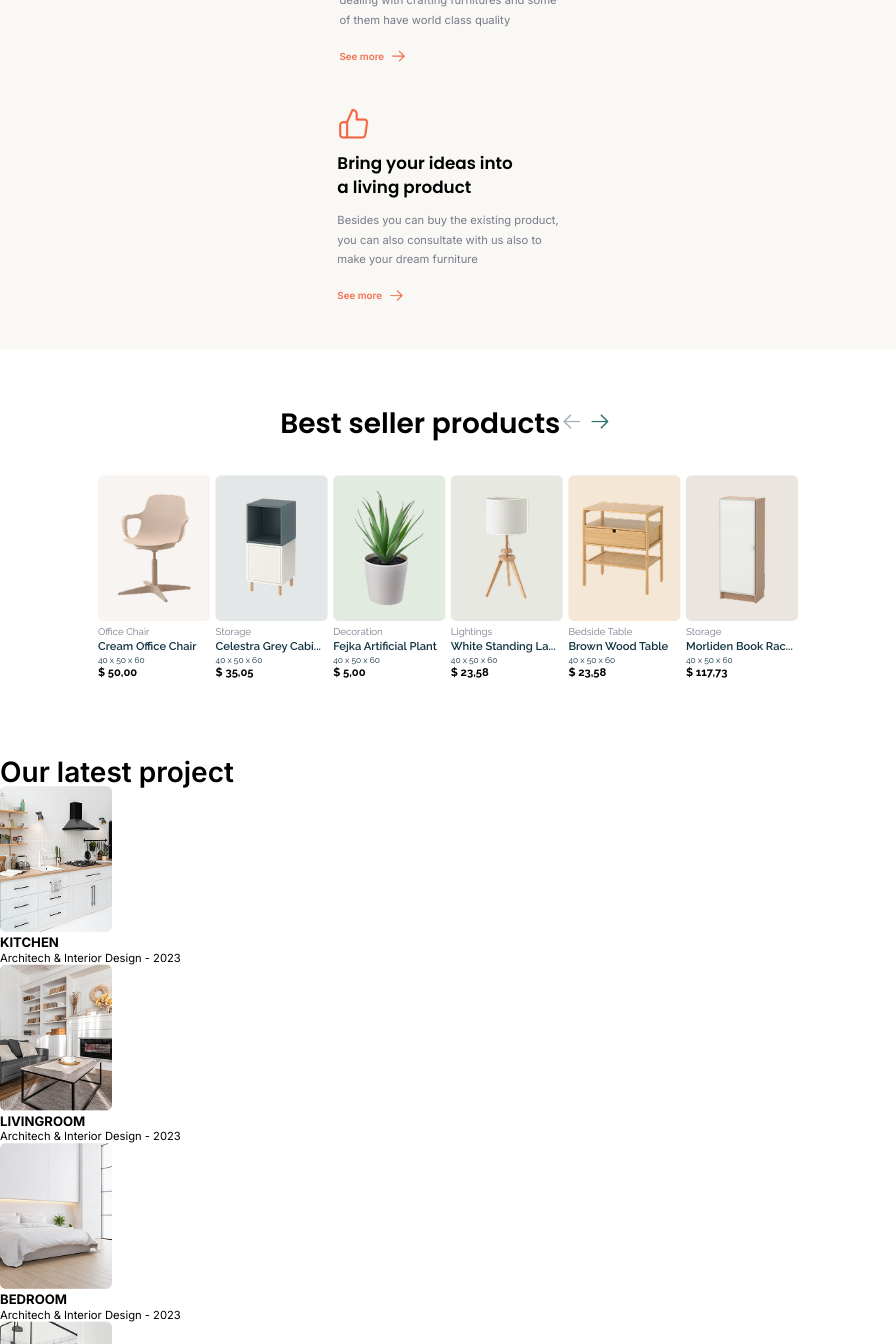
Repository: MatheusEich15/FrontEnd
Page: Prova 1 FrontEnd/Prova 1 FrontEnd/index.html
The author's editor kept a copy of each file at every save. The page is drawn from the files as they stood at one save, then again after a run of saves.
The browser window is 1280 px wide. The pictures show the part of the page from y = 1293 to 3213 px (the page is 4798 px tall), at 70% of full size.

Above is the page before, as saved 2026-03-12 14:21:43.

After the next 2 saves:
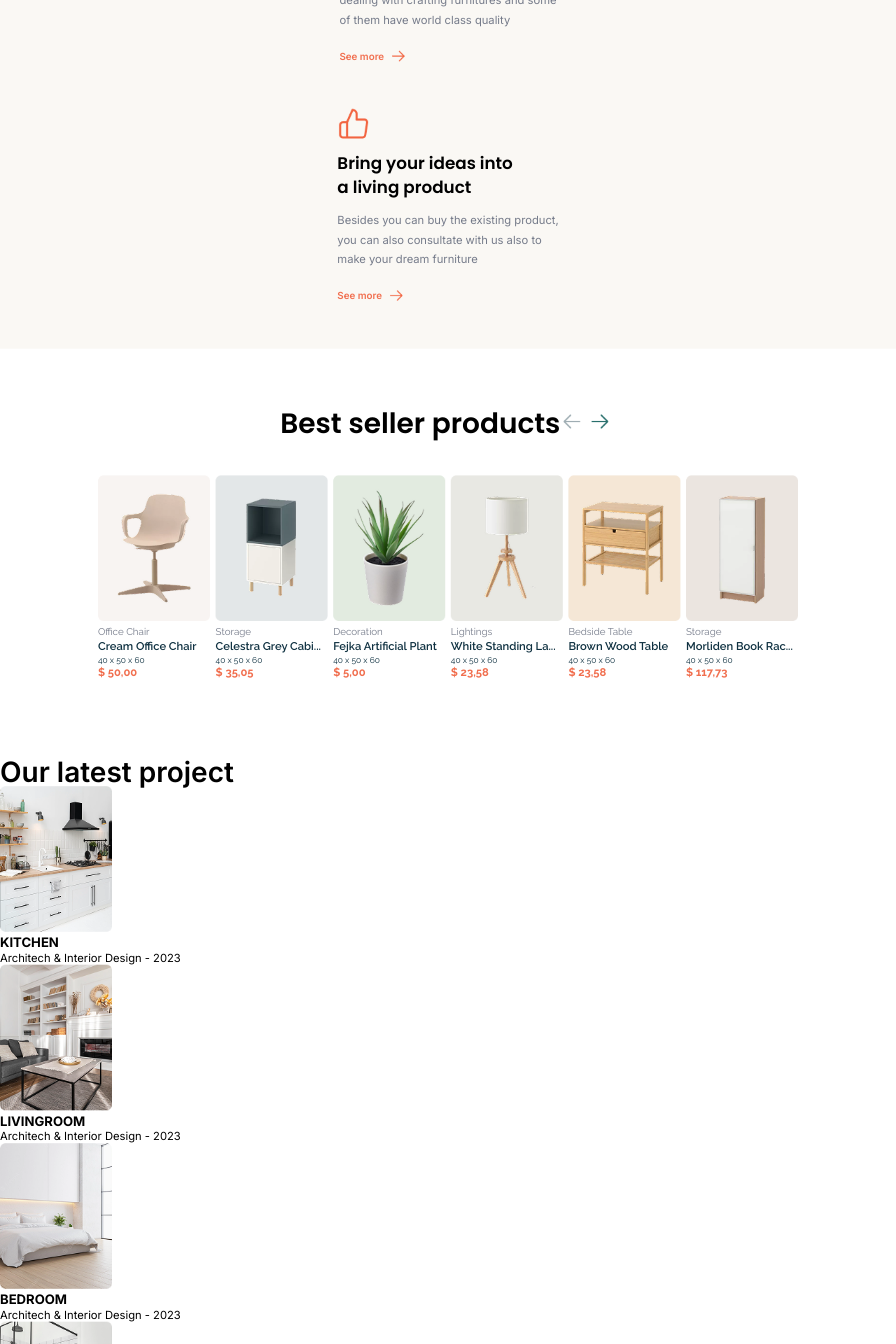
The 2 saves are shown as one change because they came seconds apart.
The last was saved 15 s later.
--- a/Prova 1 FrontEnd/Prova 1 FrontEnd/style.css
+++ b/Prova 1 FrontEnd/Prova 1 FrontEnd/style.css
@@ -251,5 +251,5 @@ header {
 
 .product-item h4 {
     font-family: var(--i-font);
-    color: ;
-}
+    color: var(--orange);
+}
